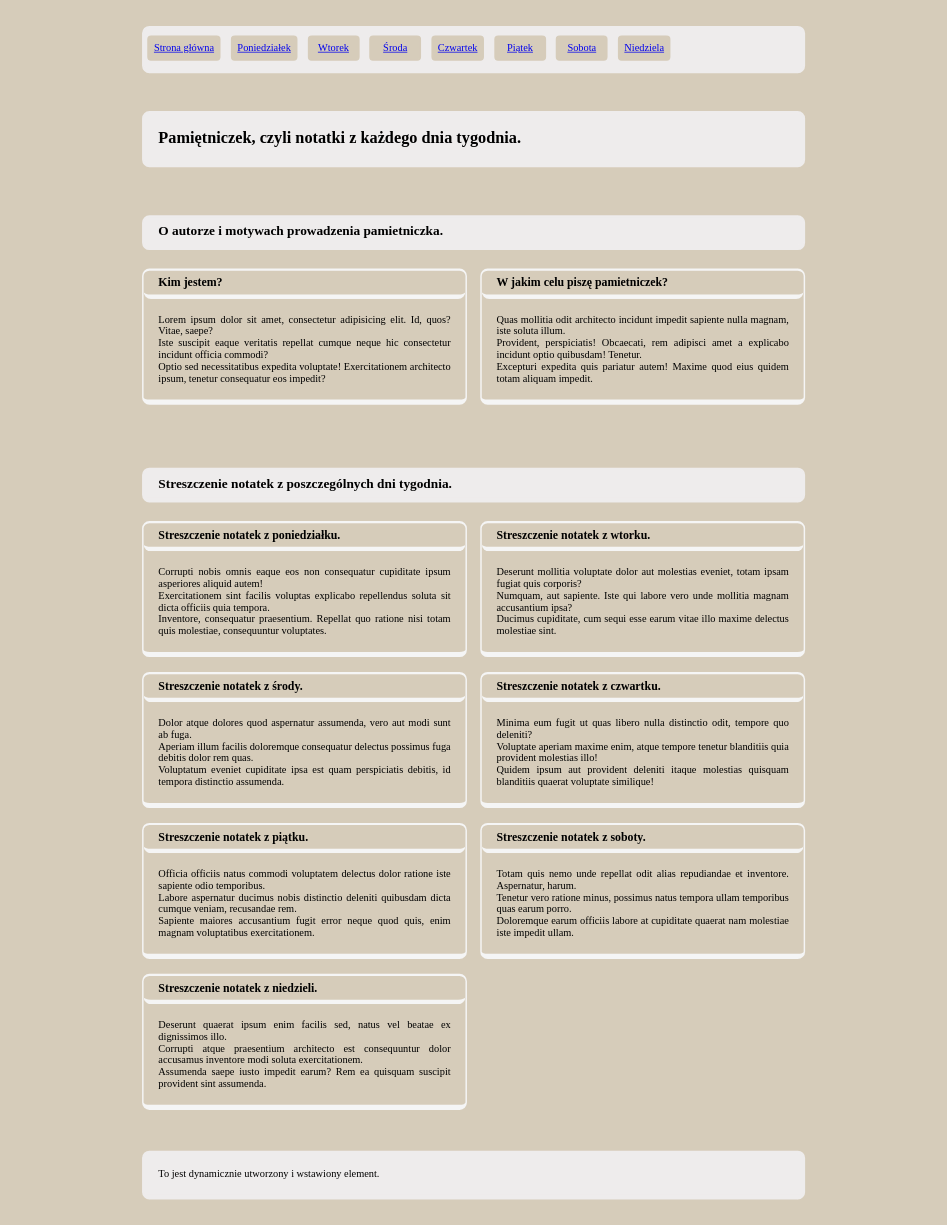
Repository: ArturNatwora/hompage
Page: index.html
These files come from the project's save history. The page is drawn as it stood at one moment and after the next save; the edit follows.
The browser window is 1280 px wide. The pictures show the whole page, at 74% of full size.

Above is the page before, as saved 2019-06-12 10:09:01.

### index.html
<!DOCTYPE html>
<html lang="pl">

<head>
    <meta charset="UTF-8">
    <meta name="viewport" content="width=device-width, initial-scale=1.0">
    <meta http-equiv="X-UA-Compatible" content="ie=edge">
    <link rel="stylesheet" href="index.css">
    <title>Strona domowa w ramach kursu WTf CO TEN FRONTEND.</title>
</head>

<body>
    <header class="bodyHeader">
        <nav class="bodyHeader__nav">
            <button class="bodyHeader__navResponsSwich">Menu</button>
            <ul class="bodyHeader__navListLink" >
                <li class="bodyHeader__navItemLink"><a class="bodyHeader__navLink" href="index.html">Strona główna</a></li>
                <li class="bodyHeader__navItemLink"><a class="bodyHeader__navLink" href="./days/1.html">Poniedziałek</a></li>
                <li class="bodyHeader__navItemLink"><a class="bodyHeader__navLink" href="./days/2.html">Wtorek</a></li>
                <li class="bodyHeader__navItemLink"><a class="bodyHeader__navLink" href="./days/3.html">Środa</a></li>
                <li class="bodyHeader__navItemLink"><a class="bodyHeader__navLink" href="./days/4.html">Czwartek</a></li>
                <li class="bodyHeader__navItemLink"><a class="bodyHeader__navLink" href="./days/5.html">Piątek</a></li>
                <li class="bodyHeader__navItemLink"><a class="bodyHeader__navLink" href="./days/6.html">Sobota</a></li>
                <li class="bodyHeader__navItemLink"><a class="bodyHeader__navLink" href="./days/7.html">Niedziela</a></li>
            </ul>
        </nav>
        <h1 class="bodyHeader__title">Pamiętniczek, czyli notatki z każdego dnia tygodnia.</h1>
    </header>
    <main class="main">
        <section class="section  section-flex" >
            <h2 class="section__title">O autorze i motywach prowadzenia pamietniczka.</h2>
            <article class="article article-flex">
                <h3 class="article__title">Kim jestem?</h3>
                <p>Lorem ipsum dolor sit amet, consectetur adipisicing elit. Id, quos? Vitae, saepe?</p>
                <p>Iste suscipit eaque veritatis repellat cumque neque hic consectetur incidunt officia commodi?</p>
                <p>Optio sed necessitatibus expedita voluptate! Exercitationem architecto ipsum, tenetur consequatur eos
                    impedit?</p>
            </article>
            <article class="article article-flex">

                <h3 class="article__title">W jakim celu piszę pamietniczek?</h3>
                <p>Quas mollitia odit architecto incidunt impedit sapiente nulla magnam, iste soluta illum.</p>
                <p>Provident, perspiciatis! Obcaecati, rem adipisci amet a explicabo incidunt optio quibusdam! Tenetur.
                </p>
                <p>Excepturi expedita quis pariatur autem! Maxime quod eius quidem totam aliquam impedit.</p>
            </article>

        </section>

        <section class="section section-flex">
                <h2 class="section__title">Streszczenie notatek z poszczególnych dni tygodnia.</h2>
                <article class="article article-flex">
                    <h3 class="article__title">Streszczenie notatek z poniedziałku.</h3>
                    <p>Corrupti nobis omnis eaque eos non consequatur cupiditate ipsum asperiores aliquid autem!</p>
                    <p>Exercitationem sint facilis voluptas explicabo repellendus soluta sit dicta officiis quia
                        tempora.</p>
                    <p>Inventore, consequatur praesentium. Repellat quo ratione nisi totam quis molestiae, consequuntur
                        voluptates.</p>
                </article>
                <article class="article article-flex">
                    <h3 class="article__title">Streszczenie notatek z wtorku.</h3>
                    <p>Deserunt mollitia voluptate dolor aut molestias eveniet, totam ipsam fugiat quis corporis?</p>
                    <p>Numquam, aut sapiente. Iste qui labore vero unde mollitia magnam accusantium ipsa?</p>
                    <p>Ducimus cupiditate, cum sequi esse earum vitae illo maxime delectus molestiae sint.</p>
                </article>
                <article class="article article-flex">
                    <h3 class="article__title">Streszczenie notatek z środy.</h3>
                    <p>Dolor atque dolores quod aspernatur assumenda, vero aut modi sunt ab fuga.</p>
                    <p>Aperiam illum facilis doloremque consequatur delectus possimus fuga debitis dolor rem quas.</p>
                    <p>Voluptatum eveniet cupiditate ipsa est quam perspiciatis debitis, id tempora distinctio
                        assumenda.</p>
                </article>
                <article class="article article-flex">
                    <h3 class="article__title">Streszczenie notatek z czwartku.</h3>
                    <p>Minima eum fugit ut quas libero nulla distinctio odit, tempore quo deleniti?</p>
                    <p>Voluptate aperiam maxime enim, atque tempore tenetur blanditiis quia provident molestias illo!
                    </p>
                    <p>Quidem ipsum aut provident deleniti itaque molestias quisquam blanditiis quaerat voluptate
                        similique!</p>
                </article>
                <article class="article article-flex">
                    <h3 class="article__title">Streszczenie notatek z piątku.</h3>
                    <p>Officia officiis natus commodi voluptatem delectus dolor ratione iste sapiente odio temporibus.
                    </p>
                    <p>Labore aspernatur ducimus nobis distinctio deleniti quibusdam dicta cumque veniam, recusandae
                        rem.</p>
                    <p>Sapiente maiores accusantium fugit error neque quod quis, enim magnam voluptatibus
                        exercitationem.</p>
                </article>
                <article class="article article-flex">
                    <h3 class="article__title">Streszczenie notatek z soboty.</h3>
                    <p>Totam quis nemo unde repellat odit alias repudiandae et inventore. Aspernatur, harum.</p>
                    <p>Tenetur vero ratione minus, possimus natus tempora ullam temporibus quas earum porro.</p>
                    <p>Doloremque earum officiis labore at cupiditate quaerat nam molestiae iste impedit ullam.</p>
                </article>
                <article class="article article-flex">
                    <h3 class="article__title">Streszczenie notatek z niedzieli.</h3>
                    <p>Deserunt quaerat ipsum enim facilis sed, natus vel beatae ex dignissimos illo.</p>
                    <p>Corrupti atque praesentium architecto est consequuntur dolor accusamus inventore modi soluta
                        exercitationem.</p>
                    <p>Assumenda saepe iusto impedit earum? Rem ea quisquam suscipit provident sint assumenda.</p>
                </article>
            </section>


    </main>
    <script src="index.js"></script>
</body>

</html>

### index.css

*{
    margin: 0;
    padding: 0;
    box-sizing: border-box;
    font-size: 14px;
}


body{
    min-width: 350px;
    width: 70%;
    max-width: 1100px;
    margin:  auto;
    background: rgb(214, 204, 186);

}

.bodyHeader {
    width: 100%;

    display: block;
    position: relative;


}
.bodyHeader__nav{
    background: rgb(238, 236, 236);
    width: 100%;
    height: auto;
    margin: 35px 0;
    position: sticky;
    z-index: 99;
    top :35px;



    display: inline-block;

    border-width: 3px 2px 7px 2px ;
    border-style: solid;
    border-color: rgb(238, 236, 236);
    border-radius: 10px;
}

@media (max-width: 770px){
    .bodyHeader__nav{
        position: static;


    }


}

.bodyHeader__navResponsSwich{
    display:none;
    text-align: center;
    min-width: 70px;
    background: rgb(214, 204, 186);

    padding: 7px ;
    margin: 10px 5px;
    border-width:  2px ;
    border-style: solid;
    border-color: rgb(214, 204, 186);
    border-radius: 5px;
}

@media (max-width: 770px) {
    .bodyHeader__navResponsSwich{
        display:block;
    }
    .bodyHeader__navResponsSwich:focus ~  .bodyHeader__navListLink {
        display: block;
    }

}

.bodyHeader__navListLink {
    width: 100%;
    list-style: none;
    display: block;
}

@media (max-width: 770px) {
    .bodyHeader__navListLink{
        display:none;
        width: 80%;
    }
    .bodyHeader__navListLink:hover{
        display: block;
    }
    .bodyHeader__navListLink:hover>.bodyHeader__navItemLink>a  {
        display: block;
        width: 100%;
        height: 100%;
    }


}
.bodyHeader__navItemLink{
    text-align: center;
    min-width: 70px;
    background: rgb(214, 204, 186);
    display: inline-block;
    padding: 7px ;
    margin: 10px 5px;
    border-width:  2px ;
    border-style: solid;
    border-color: rgb(214, 204, 186);
    border-radius: 5px;
}
@media (max-width: 770px) {
    .bodyHeader__navItemLink{
        display:block;
        width: 100%;
    }

}

.bodyHeader__title{
    font-size: 22px;
    display: block;
    margin:16px 0;
    padding: 20px;
    background: rgb(238, 236, 236);

    border-width: 3px 2px 7px 2px ;
    border-style: solid;
    border-color: rgb(238, 236, 236);
    border-radius: 10px;
}
.section{
    width: 100%;
    margin:40px 0 0 0 ;
}
@media (min-width: 770px) {

.section-flex{
display:flex;
flex-direction: row;
flex-wrap: wrap;
justify-content: space-between;
}
}
.section__title{

    width: 100%;
    font-size: 18px;
    display: block;
    margin:25px 0;
    padding: 8px 20px;
    background: rgb(238, 236, 236);

    border-width: 3px 2px 7px 2px ;
    border-style: solid;
    border-color: rgb(238, 236, 236);
    border-radius: 10px;
}
.article{

    display: block;
    margin:0 0 20px 0;
    padding:0 0 20px 0px;
    border-width: 3px 2px 7px 2px ;
    border-style: solid;
    border-color: whitesmoke;
    border-radius: 10px;

}
@media (min-width: 770px) {
.article-flex{
    width: 49%;


}


}
.article__title{
    font-size: 16px;
    display: block;
    margin:0 0 20px 0 ;
    padding: 7px 20px;

    border-width: 0 0 6px 0 ;
    border-style: solid;
    border-color: whitesmoke;
    border-radius: 10px;

}
p{
    text-align: justify;
    padding: 0 20px;
}

.bodyHeader__footer{
    background: rgb(238, 236, 236);
    width: 100%;
    height: auto;
    margin: 35px 0;
    padding: 20px 0;

    display: block;

    border-width: 3px 2px 7px 2px ;
    border-style: solid;
    border-color: rgb(238, 236, 236);
    border-radius: 10px;
}

### index.js
function addElement(elementName,elementClass,elementContent, parrentNode){
    const el = document.createElement(elementName);
    el.classList.add(elementClass);
    el.innerHTML = elementContent;
    parrentNode.appendChild(el);


};
let content =   "<p>To jest dynamicznie utworzony i wstawiony element.</p>";

 document.addEventListener("DOMContentLoaded", function() {
let body = document.body;
addElement("footer","bodyHeader__footer", content, body);
});

After the next save:
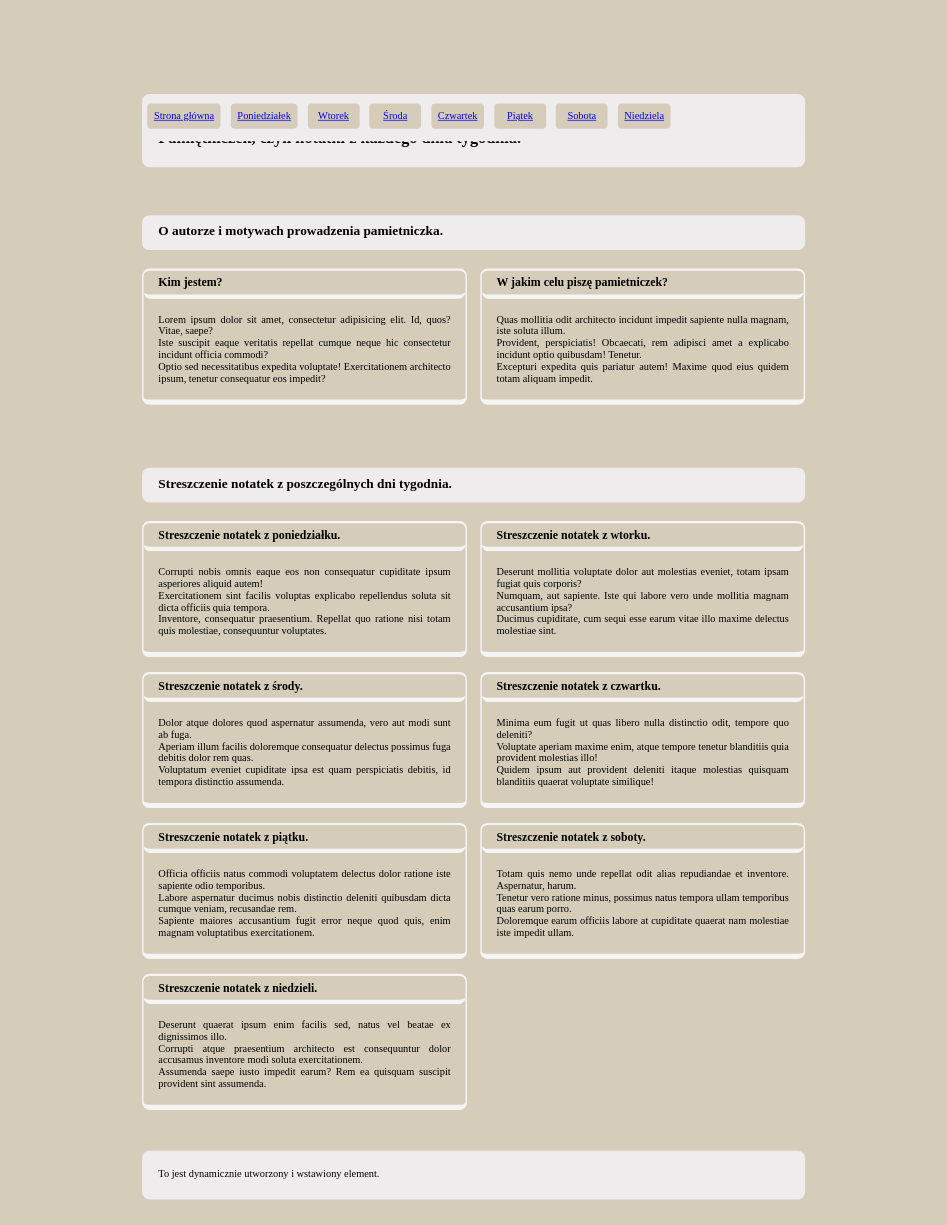
Saved 22 s later.
--- a/index.css
+++ b/index.css
@@ -31,7 +31,7 @@ body{
     margin: 35px 0;
     position: sticky;
     z-index: 99;
-    top :35px;
+    top :135px;
 
 
 
